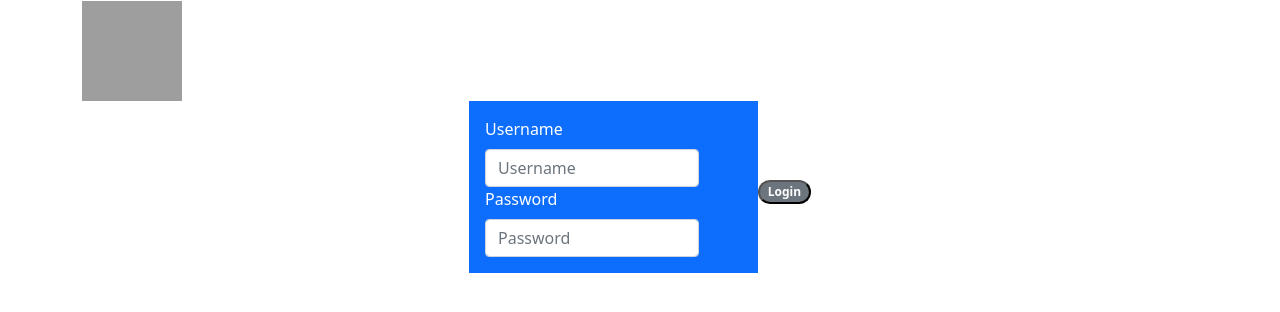
Repository: dilaraozdem1r/BooksApp
Page: /admin
These files come from the project's save history. The page is drawn as it stood at one moment and after the next save; the edit follows.
The browser window is 1280 px wide. The pictures show the whole page.
Pictures or frames that could not be fetched are drawn as grey boxes. The page's requests for data from a server got no answer. The project was rebuilt for these pictures with package versions that can differ from the ones it lists, and the page was loaded fresh each time. No one was signed in, and anything a server would have sent is missing. Also part of the build but not shown: src/Components/BookList.js, src/Components/SearchBar.js.

Above is the page before, as saved 2021-08-20 13:41:34.

After the next save:
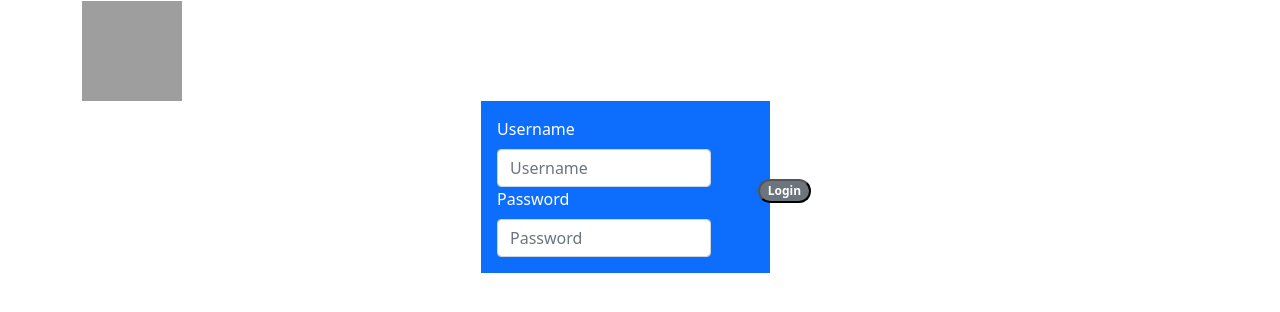
Saved 27 s later.
--- a/src/Components/Admin.js
+++ b/src/Components/Admin.js
@@ -32,7 +32,7 @@ class Admin extends React.Component {
                             </div>
 
                     </form>
-                    <div><button type="submit" className="badge rounded-pill bg-secondary">Login</button></div>
+                    <div className="row"><button type="submit" className="badge rounded-pill bg-secondary">Login</button></div>
 
                     </div>
                     </header>
